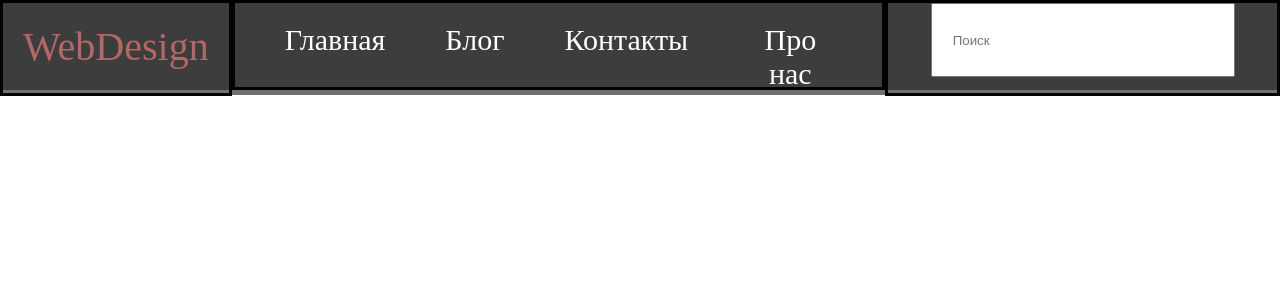
Repository: andbaik/Itprog
Page: index.htm
These files come from the project's save history. The page is drawn as it stood at one moment and after a run of saves; the edit follows.
The browser window is 1280 px wide. The pictures show the whole page.

Above is the page before, as saved 2021-01-19 16:54:51.

### index.htm
<!DOCTYPE html>
<html lang="en">
<head>
    <meta charset="UTF-8">
    <meta name="viewport" content="width=device-width, initial-scale=1.0">
    <link rel="stylesheet" href="css/style.css">
    <title>Моя страница</title>
</head>
<body>
    <div class="header">
        <div class="logo box">
            <a href="#">WebDesign</a>
        </div>
        <div class="nav box">
                <ul>
                    <li><a href="#">Главная</a></li>
                    <li><a href="#">Блог</a></li>
                    <li><a href="#">Контакты</a></li>
                    <li><a href="#">Про нас</a></li>
                </ul>
        </div>
        <div class="search box">
            <form action="" method="POST" id="search" name="search">
                <input class="serch-button" type="text" placeholder="Поиск">
            </form>
        </div>
    </div>
</body>
</html>

### css/style.css
* {
    margin: 0;
    padding: 0;
}

.header {
    display: flex;
    text-align: center;
    width: 100%;
    height: 90px;
    background-color: #3D3D3D;
    border-bottom: 5px solid #6F6F6F;

}
a {

    text-decoration: none;
    color: #fff;
}
.logo {
    display: inline-block;
    height: 50px;
    weight: 150px;
    margin: 0px auto;
    padding: 20px;
    border: 3px solid black;
    vertical-align: center;
}
.logo a{
    color: #B36767;
    font-size: 40px;


}
.nav {
    height: px;
    width: auto;
    padding: 20px;
    margin: 0 auto;
    border: 3px solid black;
}

.header ul {
    display: flex;
}

.nav li{
    list-style: none;
    font-size: 30px;
    padding: 0 30px;
}




.search {
    width: 400px;
    height: 90px;
    margin: 0 auto;
    border: 3px solid black;

}

.serch-button {
    width: 260px;
    height: 30px;
    padding: 20px;


}

After the next 2 saves:
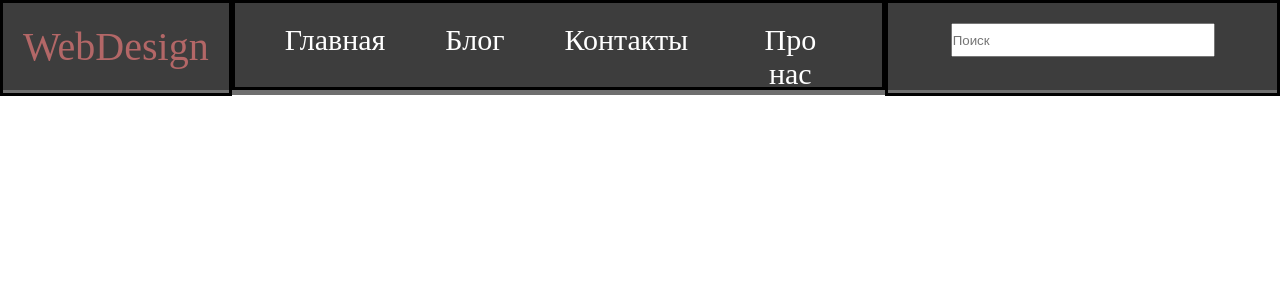
The 2 saves are shown as one change because they came seconds apart.
The last was saved 16 s later.
--- a/css/style.css
+++ b/css/style.css
@@ -64,7 +64,7 @@ a {
 .serch-button {
     width: 260px;
     height: 30px;
-    padding: 20px;
+    margin: 20px;
 
 
 }
